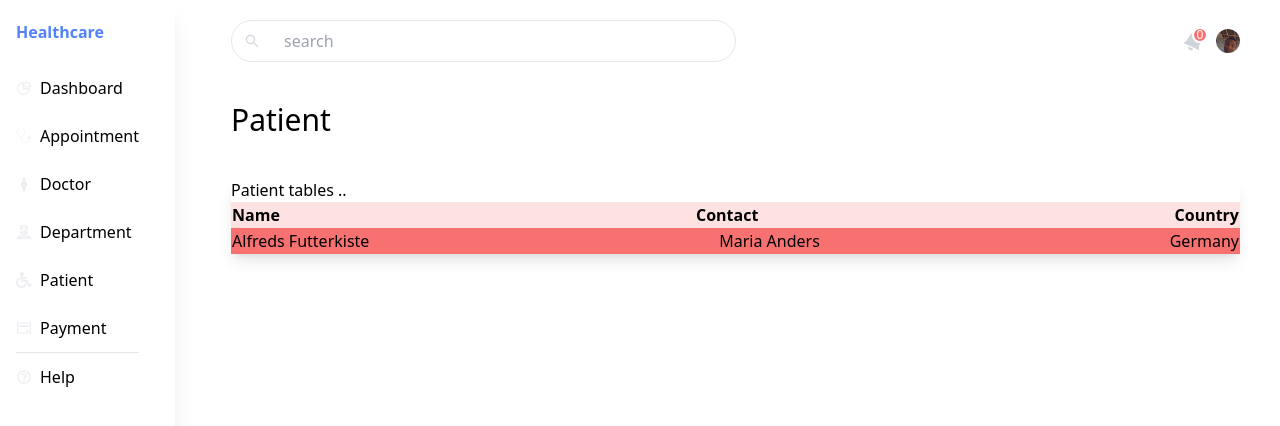
Repository: hisreal123/healthcare-dashboard
Page: /patient
These files come from the project's save history. The page is drawn as it stood at one moment and after a run of saves; the edit follows.
The browser window is 1280 px wide. The pictures show the whole page.
The project was rebuilt for these pictures with package versions that can differ from the ones it lists, and the page was loaded fresh each time. Also part of the build but not shown: vite.config.ts, src/routes/Error.tsx, src/views/Dashboard.tsx, components/tables/AppointementTable.tsx, src/views/Appointment.tsx, src/views/Doctor.tsx, src/views/Department.tsx, src/views/Payment.tsx and 1 more.

Above is the page before, as saved 2023-05-05 19:04:36.

After the next 3 saves:
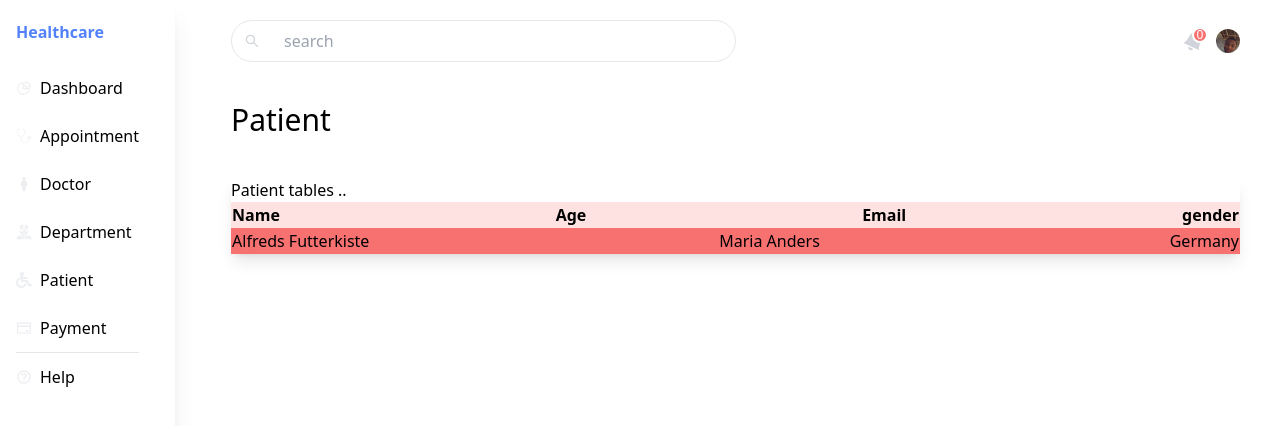
The 3 saves are shown as one change because they came seconds apart.
The last was saved 11 s later.
--- a/components/tables/PatientsTable.tsx
+++ b/components/tables/PatientsTable.tsx
@@ -41,8 +41,9 @@ export default function PatientTable({ patientStyle }: PatientTableProps) {
                 <table className="relative w-full bg-red-400 inline-block">
                     <tr className='flex-1 w-full bg-red-100 flex relative justify-between'>
                         <th>Name</th>
-                        <th>Contact</th>
-                        <th>Country</th>
+                        <th>Age</th>
+                        <th>Email</th>
+                        <th>gender</th>
                     </tr>
                     <tr className='flex-1 w-full flex relative justify-between'>
                         <td>Alfreds Futterkiste</td>
